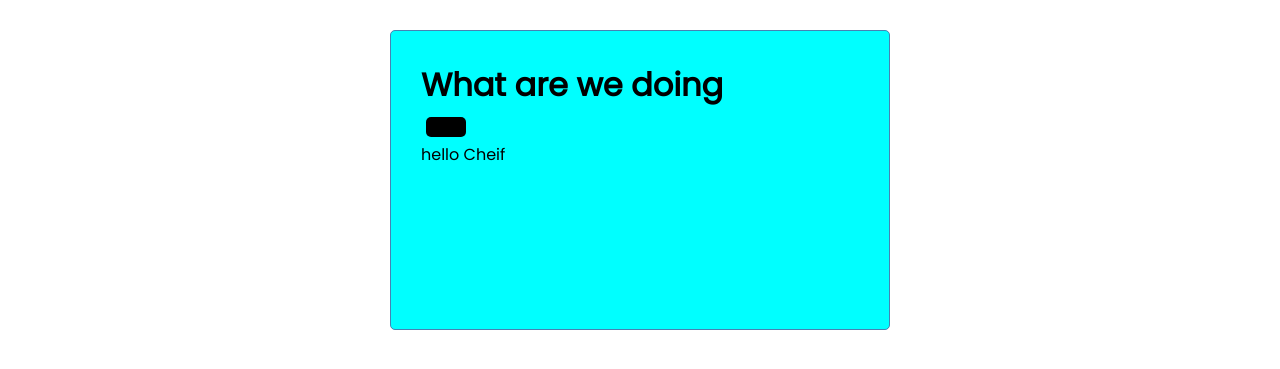
Repository: Jeffkw213/Learning_react
Page: / (app in myapp/)
These files come from the project's save history. The page is drawn as it stood at one moment and after the next save; the edit follows.
The browser window is 1280 px wide. The pictures show the whole page.
The project was rebuilt for these pictures with package versions that can differ from the ones it lists, and the page was loaded fresh each time.

Above is the page before, as saved 2021-04-28 11:52:59.

After the next save:
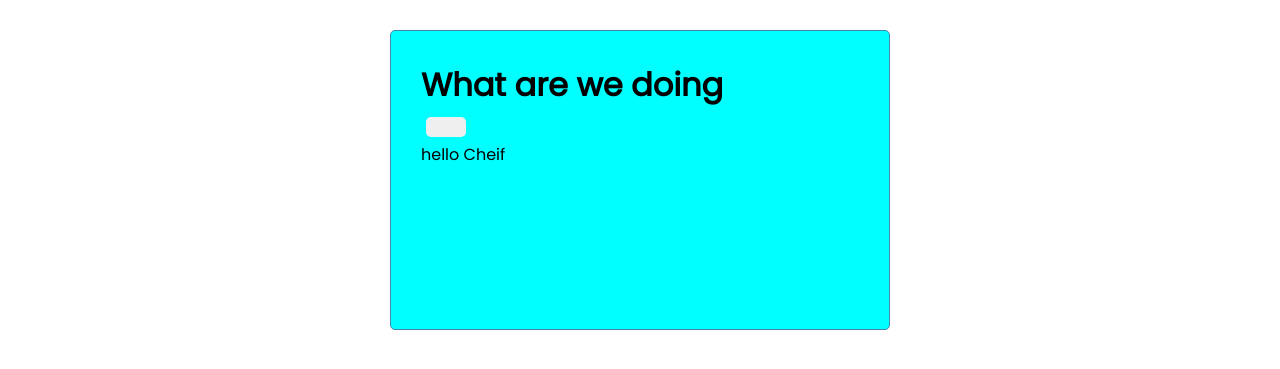
Saved 25 s later.
--- a/myapp/src/index.css
+++ b/myapp/src/index.css
@@ -31,7 +31,6 @@ body {
 
 .btn {
   display: inline-block;
-  background: #000;
   color: #fff;
   border: none;
   padding: 10px 20px;
